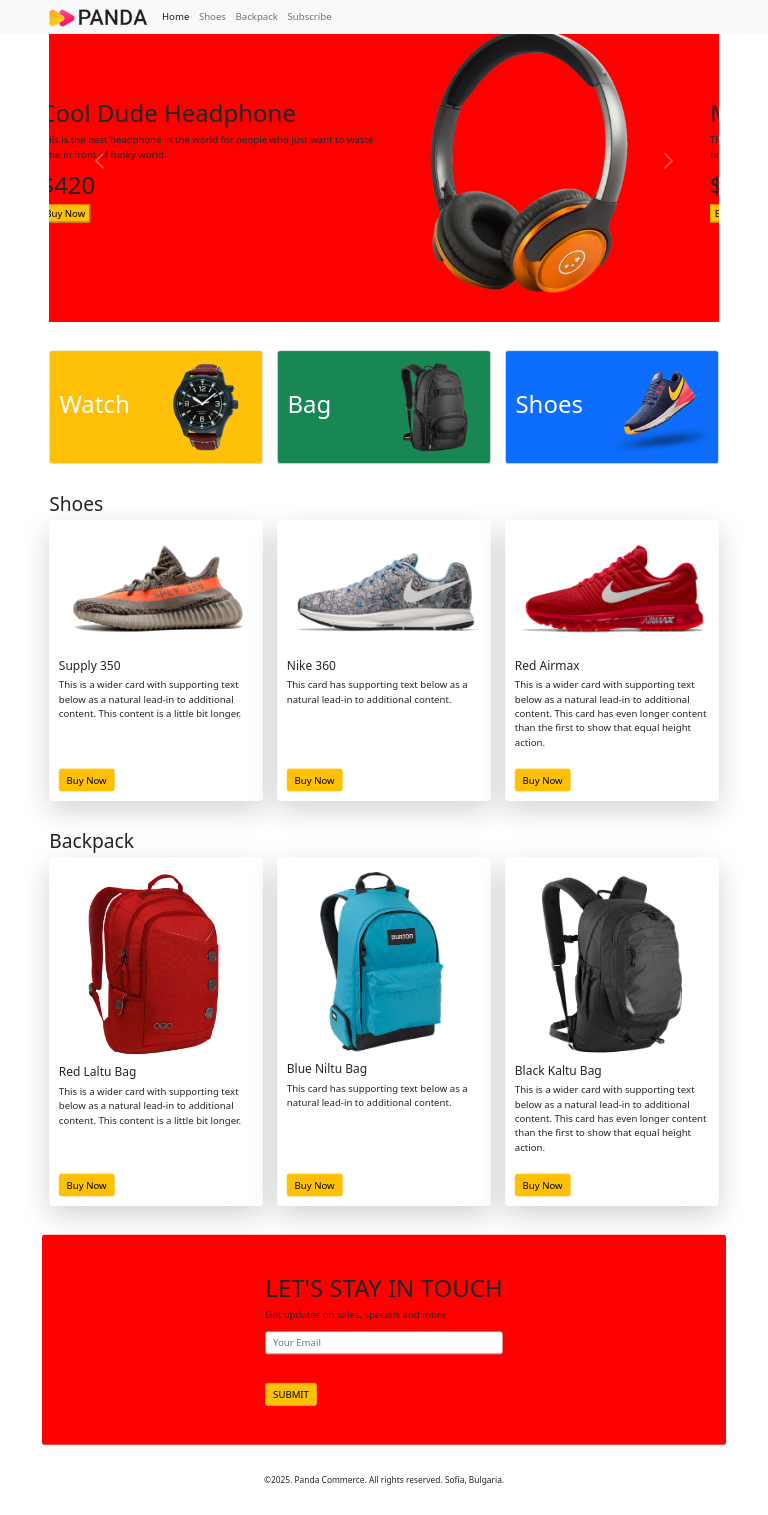
Repository: mdmohiddin/panda-commerce-rp
Page: index.html
These files come from the project's save history. The page is drawn as it stood at one moment and after the next save; the edit follows.
The browser window is 1280 px wide. The pictures show the whole page, at 60% of full size.

Above is the page before, as saved 2021-07-28 20:22:35.

After the next save:
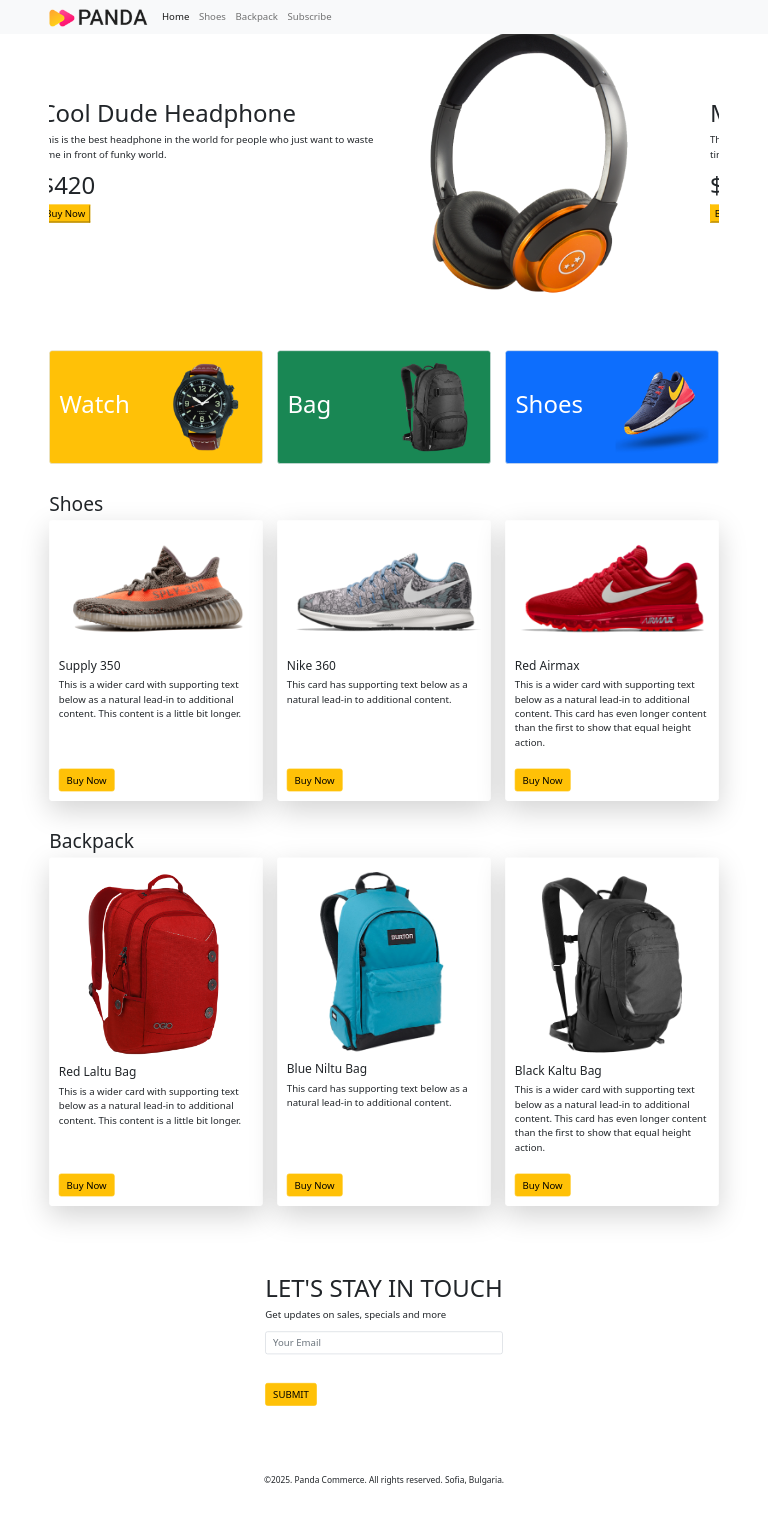
Saved 98 s later.
--- a/css/style.css
+++ b/css/style.css
@@ -1,3 +1,3 @@
-.info-background{
+.panda-bg-info{
     background-color: red !important;
 }

After the save that followed:
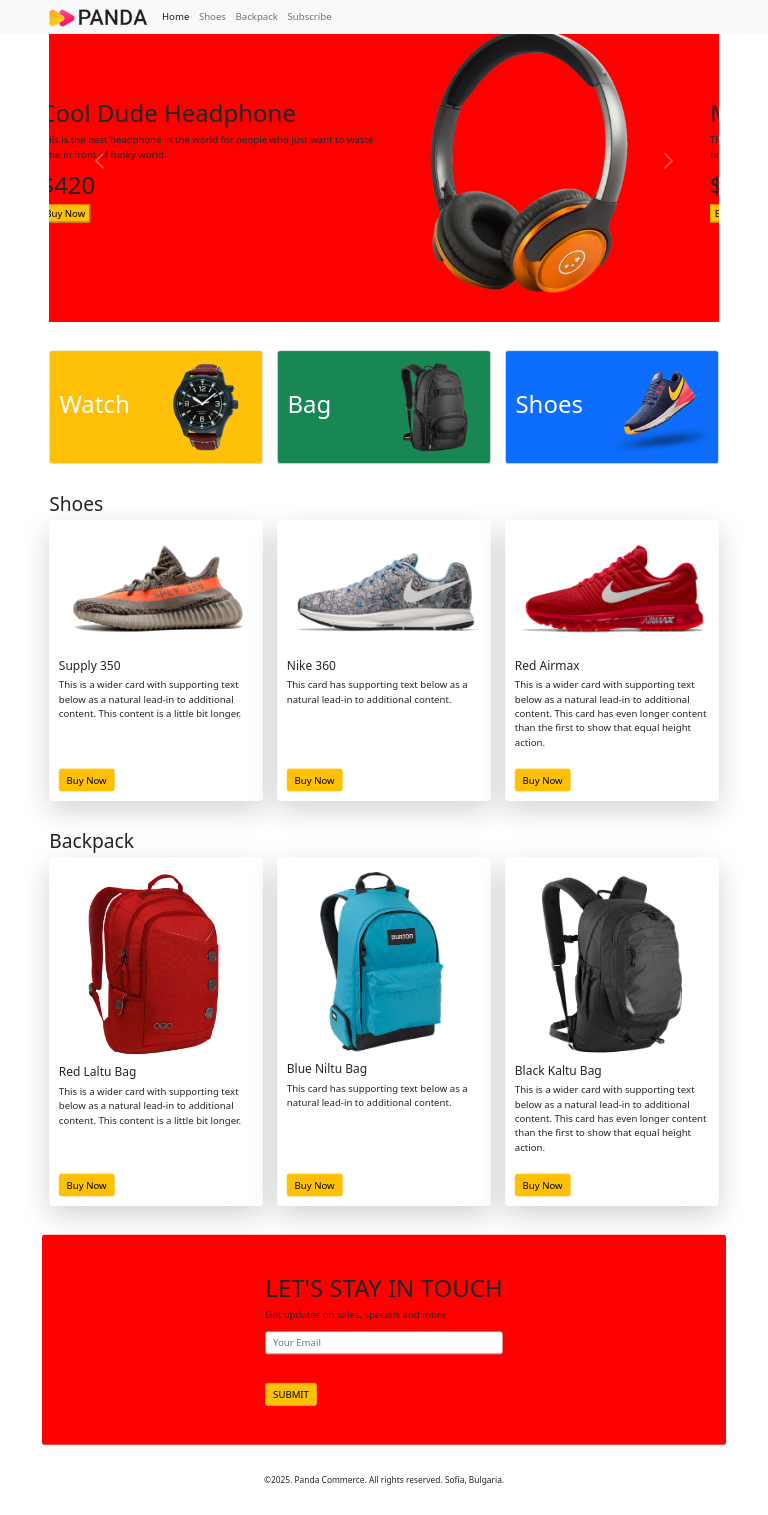
Saved 76 s later.
--- a/index.html
+++ b/index.html
@@ -55,7 +55,7 @@
 
                     <div class="carousel-item active">
 
-                        <div class="row info-background p-5 d-flex align-items-center">
+                        <div class="row panda-bg-info p-5 d-flex align-items-center">
                             <div class="col-lg-7">
                                 <h1>Cool Dude Headphone</h1>
                                 <p>This is the best headphone in the world for people who just want to waste time in front of funky world.</p>
@@ -69,7 +69,7 @@
                   </div>
 
                   <div class="carousel-item">
-                    <div class="row info-background p-5 d-flex align-items-center">
+                    <div class="row panda-bg-info p-5 d-flex align-items-center">
                         <div class="col-lg-7">
                             <h1>Mega LCD TV For Sports</h1>
                             <p>This is the best headphone in the world for people who just want to waste time in front of funky world.</p>
@@ -83,7 +83,7 @@
                   </div>
 
                   <div class="carousel-item">
-                    <div class="row info-background p-5 d-flex align-items-center">
+                    <div class="row panda-bg-info p-5 d-flex align-items-center">
                         <div class="col-lg-7">
                             <h1>X-Box for your living room</h1>
                             <p>This is the best headphone in the world for people who just want to waste time in front of funky world.</p>
@@ -230,7 +230,7 @@
         </section>
 
         <!-- Subscription -->
-        <section style="height: 350px;" class="container d-flex justify-content-center info-background d-flex align-items-center rounded-3" id="Subscription">
+        <section style="height: 350px;" class="container d-flex justify-content-center panda-bg-info d-flex align-items-center rounded-3" id="Subscription">
             <div>
                 <h1>LET'S STAY IN TOUCH</h1>
                 <p>Get updates on sales, specials and more</p>
